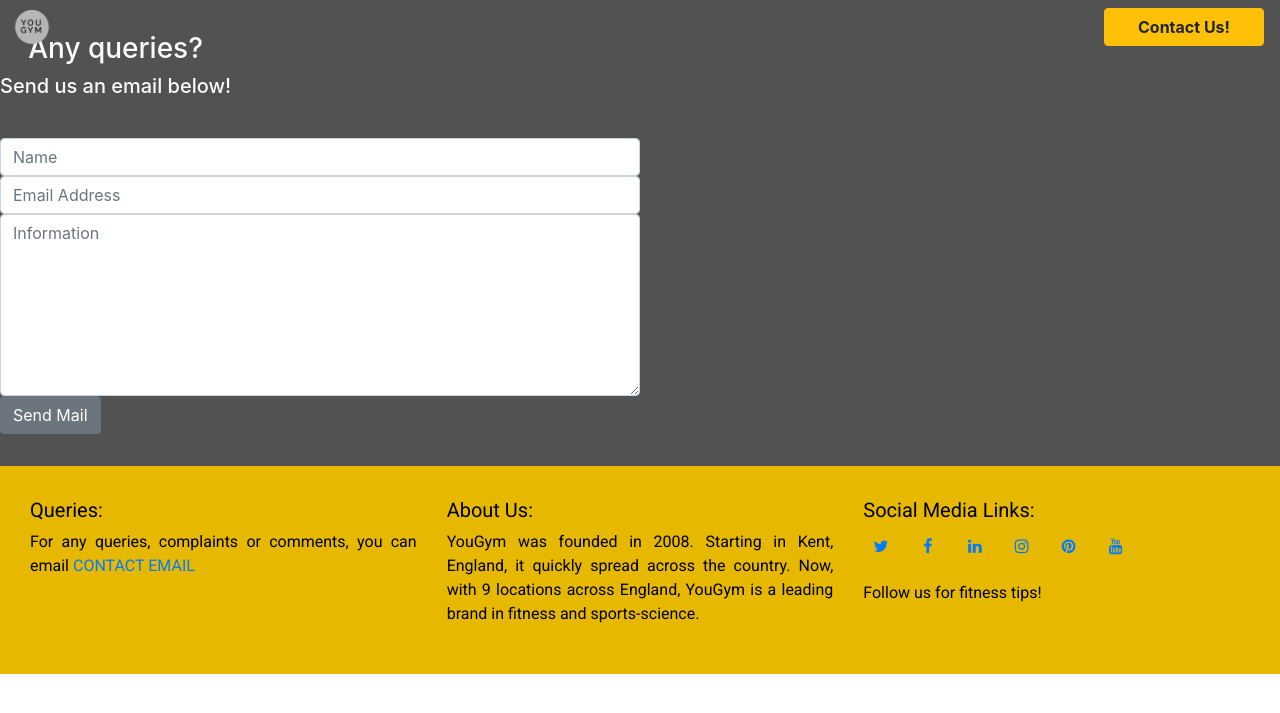
Repository: Felix-Redwood/Interactive-Frontend-Development-Milestone-Project
Page: contact.html
The author's editor kept a record of every edit. The page is drawn from the files as they stood at one moment, then again after the next edit.
The browser window is 1280 px wide. The pictures show the whole page.

Above is the page before.
Console error: ReferenceError: emailjs is not defined

After the next edit:
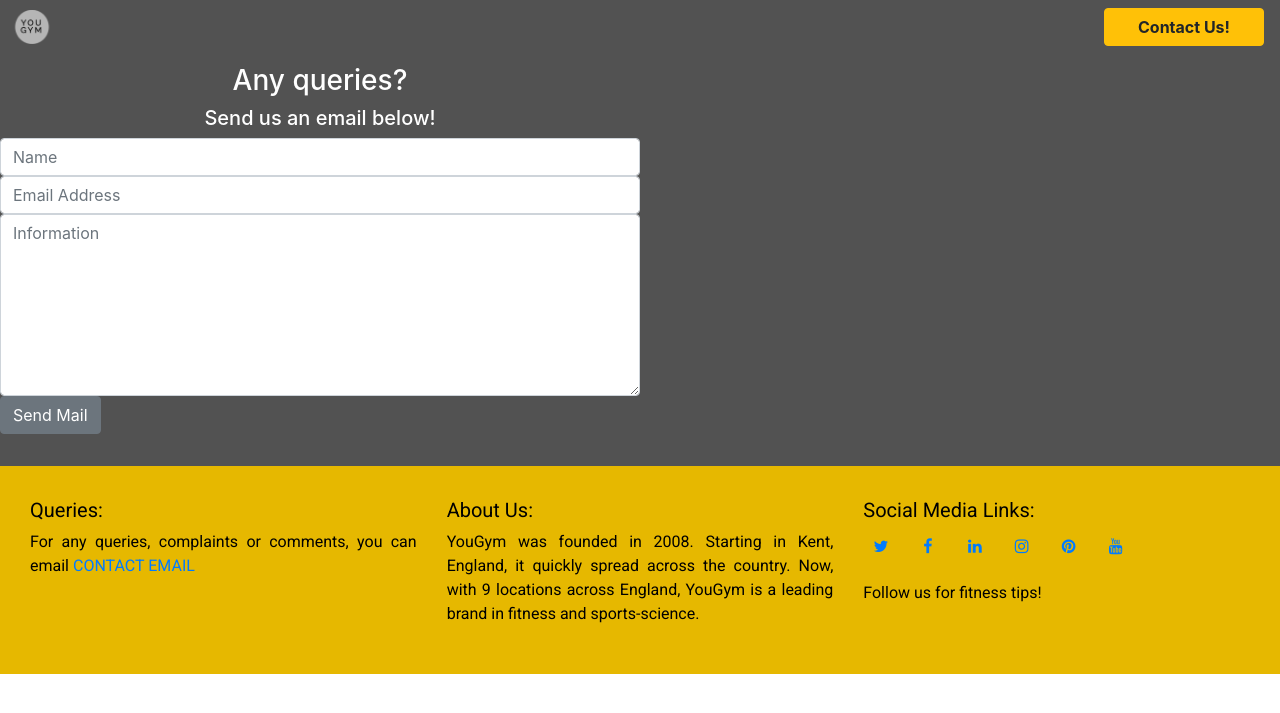
The edit:
--- a/contact.html
+++ b/contact.html
@@ -42,10 +42,11 @@
             <section class="contact-section">
                 <div class="row bg-color-contact">
                     <div>
+
+                    </div>
+                    <div class="contact-form">
                         <h3 class="contact-heading uppercase text-center">Any queries?</h3>
                         <h5 class="uppercase text-center">Send us an email below!</h5>
-                    </div>
-                    <div class="contact-form">
                         <form onsubmit="return sendEmail(this);">
                             <input type="text" name="name" class="form-control" id="fullname" placeholder="Name" required/>
                             <input type="text" name="emailaddress" class="form-control" id="emailaddress" placeholder="Email Address" required/>
